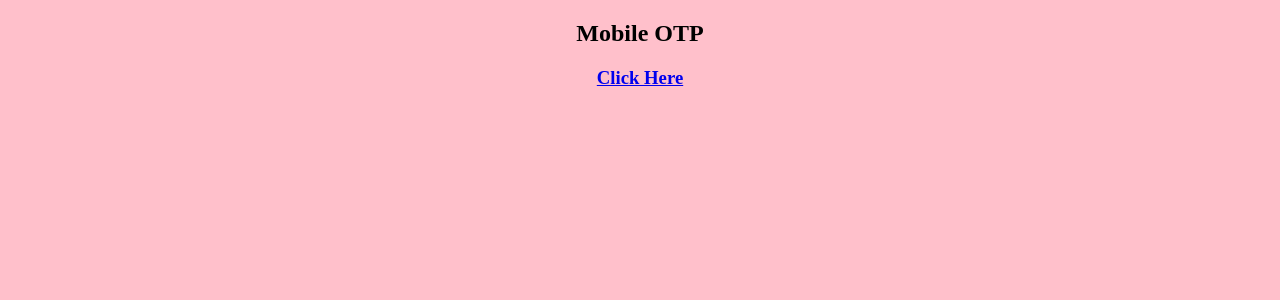
Repository: singhmohan333/springframework
Page: http://localhost/HelloWorld/
An editor plug-in stored every save of this project. The page is shown before and after the next save, followed by the edit.
The browser window is 1280 px wide. The pictures show the whole page.
The page is served by Tomcat 9. Other server files are loaded and not shown.

Above is the page before, as saved 2018-01-24 16:29:44.

### HelloWorld/src/main/webapp/index.jsp
<!DOCTYPE html PUBLIC "-//W3C//DTD HTML 4.01 Transitional//EN" "http://www.w3.org/TR/html4/loose.dtd">
<html>
<head>
<meta http-equiv="Content-Type" content="text/html; charset=ISO-8859-1">
<title>Spring 4 MVC - HelloWorld Index Page</title>
</head>
<body bgcolor="pink" alink="red" vlink="blue">
<center>
		<h2>Mobile OTP</h2>
		<form action="helloworld"></form>
		<h3>
			<a href="hello/jh?name=">Click Here</a>
		</h3>

</center>
</body>
</html>

After the next save:
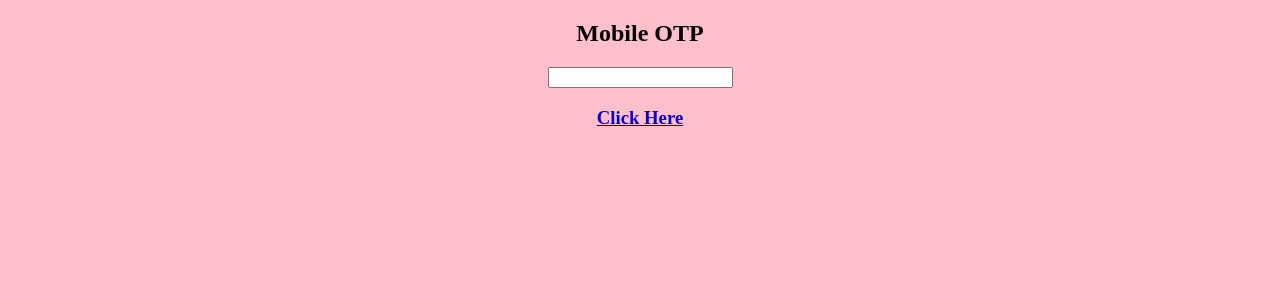
Saved 68 s later.
--- a/HelloWorld/src/main/webapp/index.jsp
+++ b/HelloWorld/src/main/webapp/index.jsp
@@ -7,7 +7,10 @@
 <body bgcolor="pink" alink="red" vlink="blue">
 <center>
 		<h2>Mobile OTP</h2>
-		<form action="helloworld"></form>
+		<form action="helloworld">
+		<input type="text" name> </input>
+
+		</form>
 		<h3>
 			<a href="hello/jh?name=">Click Here</a>
 		</h3>
